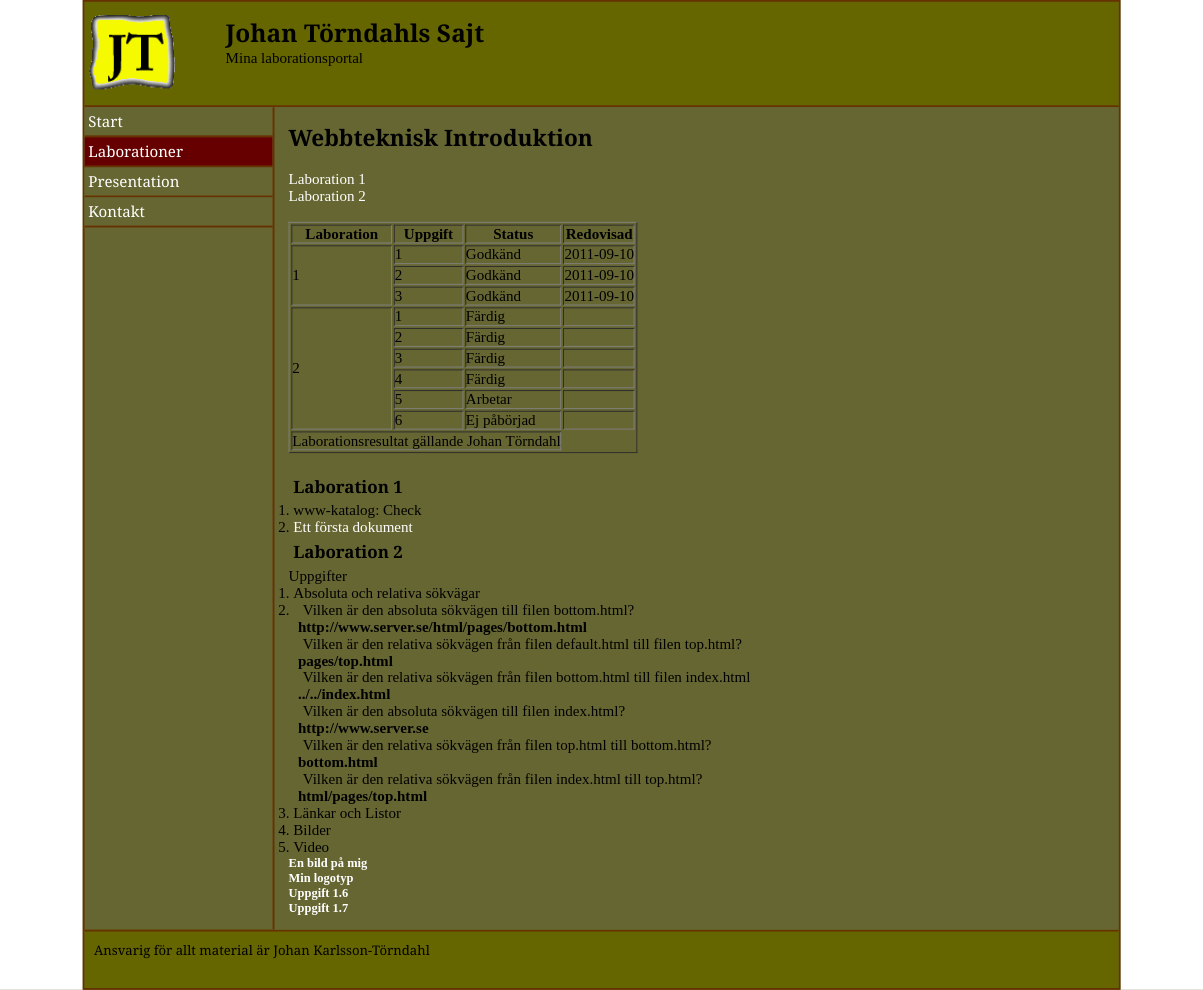
Repository: jt222ia/1ik415-jt222ia-laborationer
Page: pages/laborationer.html
The author's editor kept a record of every edit. The page is drawn from the files as they stood at one moment, then again after the next edit.
The browser window is 1280 px wide. The pictures show the whole page, at 94% of full size.

Above is the page before.

### pages/laborationer.html
<!DOCTYPE html>
<html>
    <head>
        <meta charset="utf-8" />
        <title>Min kursblogg - Laborationer</title>
        <link rel="stylesheet" href="../css/style.css" type="text/css" />
    </head>
    <body>
    <div id="container">

        <div id="header">
            <div id="header_logo">
                <img src="../pics/logo_trans.png">
            </div>

            <div id="header_content">
                <h1 class="top_h1">Johan Törndahls Sajt</h1>
                <span>Mina laborationsportal</span>
            </div>
        </div>
        <div id="clear"></div>

        <div id="navigation">
            <ul>
               <li><a href="../index.html">Start</a></li>
               <li><a href="laborationer.html" class="active">Laborationer</a></li>
               <li><a href="presentation.html">Presentation</a></li>
               <li><a href="kontakt.html">Kontakt</a></li>
            </ul>
        </div>
        <div id="content">
        <h2>Webbteknisk Introduktion</h2>
        <br />
            <ul class="sidul">
                <li><a href="#laboration1">Laboration 1</a></li>
                <li><a href="#laboration2">Laboration 2</a></li>
            </ul>
        <br />
        <table border="1">
            <thead>
                <tr>
                    <th>Laboration</th>
                    <th>Uppgift</th>
                    <th>Status</th>
                    <th>Redovisad</th>
                </tr>
            </thead>
            <tfoot>
                <tr>
                    <td colspan="3">Laborationsresultat gällande Johan Törndahl</td>
                </tr>
            </tfoot>
            <tbody>
                <tr>
                    <td rowspan="3">1</td>
                    <td>1</td>
                    <td>Godkänd</td>
                    <td>2011-09-10</td>
                </tr>
                <tr>
                    <td>2</td>
                    <td>Godkänd</td>
                    <td>2011-09-10</td>
                </tr>
                <tr>
                    <td>3</td>
                    <td>Godkänd</td>
                    <td>2011-09-10</td>
                </tr>
                <tr>
                    <td rowspan="6">2</td>
                    <td>1</td>
                    <td>Färdig</td>
                    <td></td>
                </tr>
                <tr>
                    <td>2</td>
                    <td>Färdig</td>
                    <td></td>
                </tr>
                 <tr>
                    <td>3</td>
                    <td>Färdig</td>
                    <td></td>
                </tr>
                 <tr>
                    <td>4</td>
                    <td>Färdig</td>
                    <td></td>
                </tr>
                 <tr>
                    <td>5</td>
                    <td>Arbetar</td>
                    <td></td>
                </tr>
                 <tr>
                    <td>6</td>
                    <td>Ej påbörjad</td>
                    <td></td>
                </tr>
            </tbody>
        </table>
        <br>
        <h3>Laboration 1</h3>

            <ol>
                <li>www-katalog: Check</li>
                <li><a href="presentation.html">Ett första dokument</a></li>
            </ol>

        <h3 id="laboration2">Laboration 2</h3>
        <span>Uppgifter</span>

            <ol>
            <li>Absoluta och relativa sökvägar</li>
            <li>
                <dl>
                        <dt>Vilken är den absoluta sökvägen till filen bottom.html?</dt>
                            <dd><strong>http://www.server.se/html/pages/bottom.html</strong></dd>
                        <dt>Vilken är den relativa sökvägen från filen default.html till filen top.html?</dt>
                            <dd><strong>pages/top.html</strong></dd>
                        <dt>Vilken är den relativa sökvägen från filen bottom.html till filen index.html</dt>
                            <dd><strong>../../index.html</strong></dd>
                        <dt>Vilken är den absoluta sökvägen till filen index.html?</dt>
                            <dd><strong>http://www.server.se</strong></dd>
                        <dt>Vilken är den relativa sökvägen från filen top.html till bottom.html?</dt>
                            <dd><strong>bottom.html</strong></dd>
                        <dt>Vilken är den relativa sökvägen från filen index.html till top.html?</dt>
                            <dd><strong>html/pages/top.html</strong></dd>
                </dl>
            </li>
                <li>Länkar och Listor</li>
                <li>Bilder</li>
                <li>Video</li>
            </ol>

                <h5><a href="http://jt222ia.github.io/1ik415-jt222ia-laborationer/pages/presentation.html#bilden">En bild på mig</a></h5>
                <h5><a href="http://jt222ia.github.io/1ik415-jt222ia-laborationer/pics/logo.png">Min logotyp</a></h5>
               <h5><a href="../index.html">Uppgift 1.6</a></h5>
               <h5><a href="../index.html">Uppgift 1.7</a></h5>
       </div>
            <div id="footer">
               <p>Ansvarig för allt material är Johan Karlsson-Törndahl</p>
            </div>
    </div>
    </body>
</html>

### css/style.css
/*
Mina färger
Container, content, navigation - #666633
Header, Footer - #666600
Borders - #663300
Länkar - #fff
Active link - #660000
*/

* {
    margin:0;
    padding:0;
}

body {


}

/*De stora blocken */

#container{
    margin:0 auto;
    width:1100px;
    border:2px solid #663300;
    background-color:#666633;

}

#header {
    height:110px;
    background-color:#666600;
    border-bottom:2px solid #663300;

}
#header_logo {
    float:left;
    width:150px;


}
#header_content {
    float:left;
    width:500px;

}

#navigation{
    width:200px;
    float:left;
    background-color:#666633;

}
#content {
    width:868px;
    float:left;
    padding:15px;
    background-color:#666633;
    border-left:2px solid #663300;

}

#footer {
    clear:both;
    height:60px;
    border-top:2px solid #663300;
    background-color:#666600;
}
#clear {
    clear:both;
}

/* Menyn */

#navigation ul {
     margin:0px;
     padding:0px;
     list-style:none;
}
#navigation ul li {

}
#navigation ul a {
    display:block;
    padding:4px;
    width:200px;
    font-family:georgia;
    text-decoration:none;
    border-bottom:2px solid #663300;
    color:#fff;
    background-color:#666633;

}
#navigation ul a:hover{
    background-color:#663333;
}

/*Klasser */

#navigation ul li .active {
   background-color:#660000;

}
.postauthor{
    text-align:right;
    font-style:italic;
}
.top_h1 {
    margin-top:15px;
    margin-right:10px;
}

.icon{
    float:left;
}

.img_right{
   float:right;
   border:1px solid #000;
  margin:5px;
}
.sidul {
    list-style:none;
    margin-top:2px;
}
/*Typografi på sidan */

h1 {
    font-size:26px;
    font-family:Georgia, sans-serif;

}
h2 {
    font-size:24px;
    font-family:Georgia, sans-serif;

}
h3 {
    font-size:18px;
    font-family:Georgia, sans-serif;
    padding:5px;

}
a {
    text-decoration:none;
    font-style:bold;
    color:#fff;
}
p{
    font-size:14px;
    font-family:Georgia;
    padding:10px;
}
dl, dt, ol {
    margin-left:5px;

}

After the next edit:
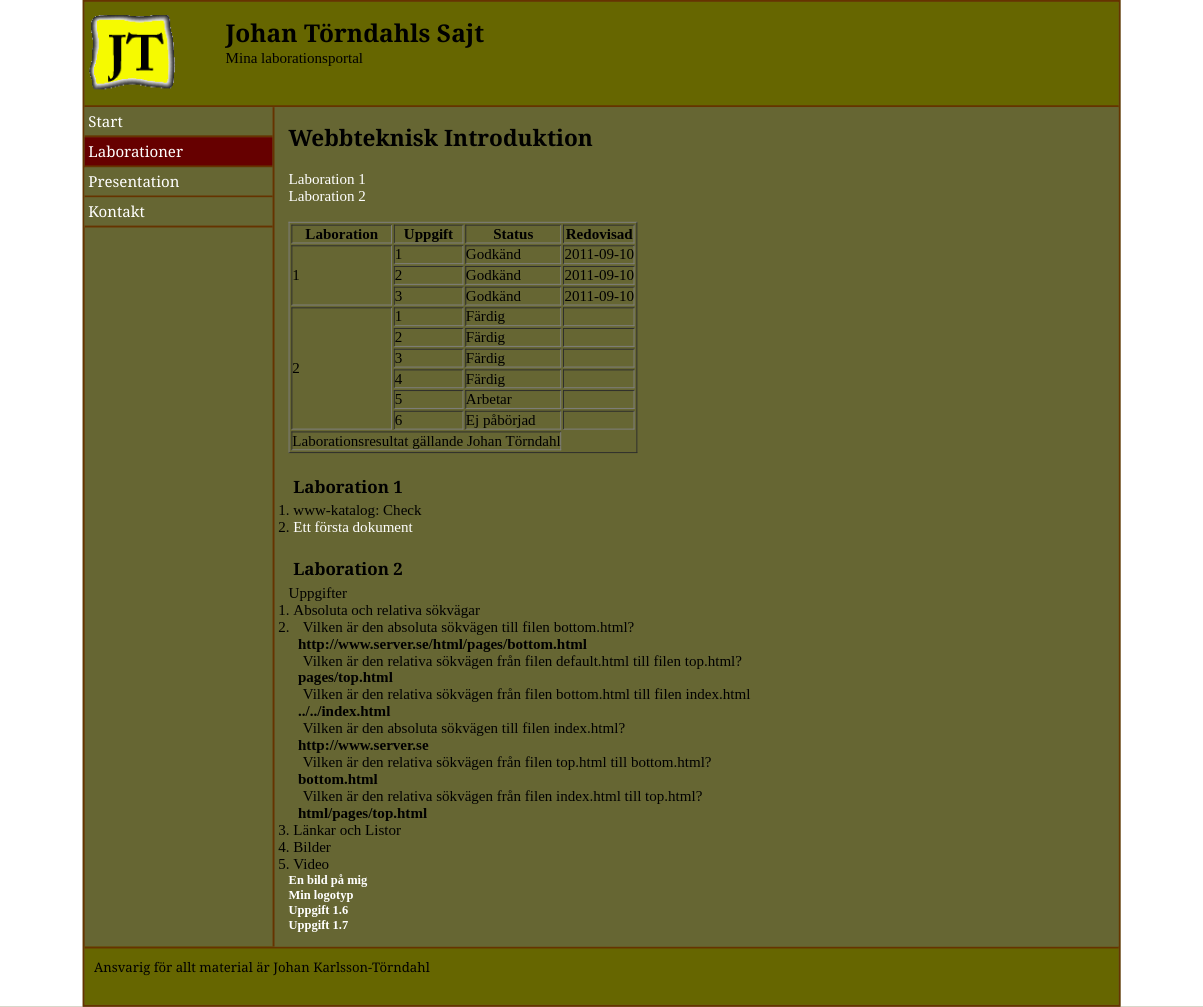
The edit:
--- a/pages/laborationer.html
+++ b/pages/laborationer.html
@@ -107,8 +107,8 @@
                 <li>www-katalog: Check</li>
                 <li><a href="presentation.html">Ett första dokument</a></li>
             </ol>
-
-        <h3 id="laboration2">Laboration 2</h3>
+        <br>
+        <h3>Laboration 2</h3>
         <span>Uppgifter</span>
 
             <ol>
